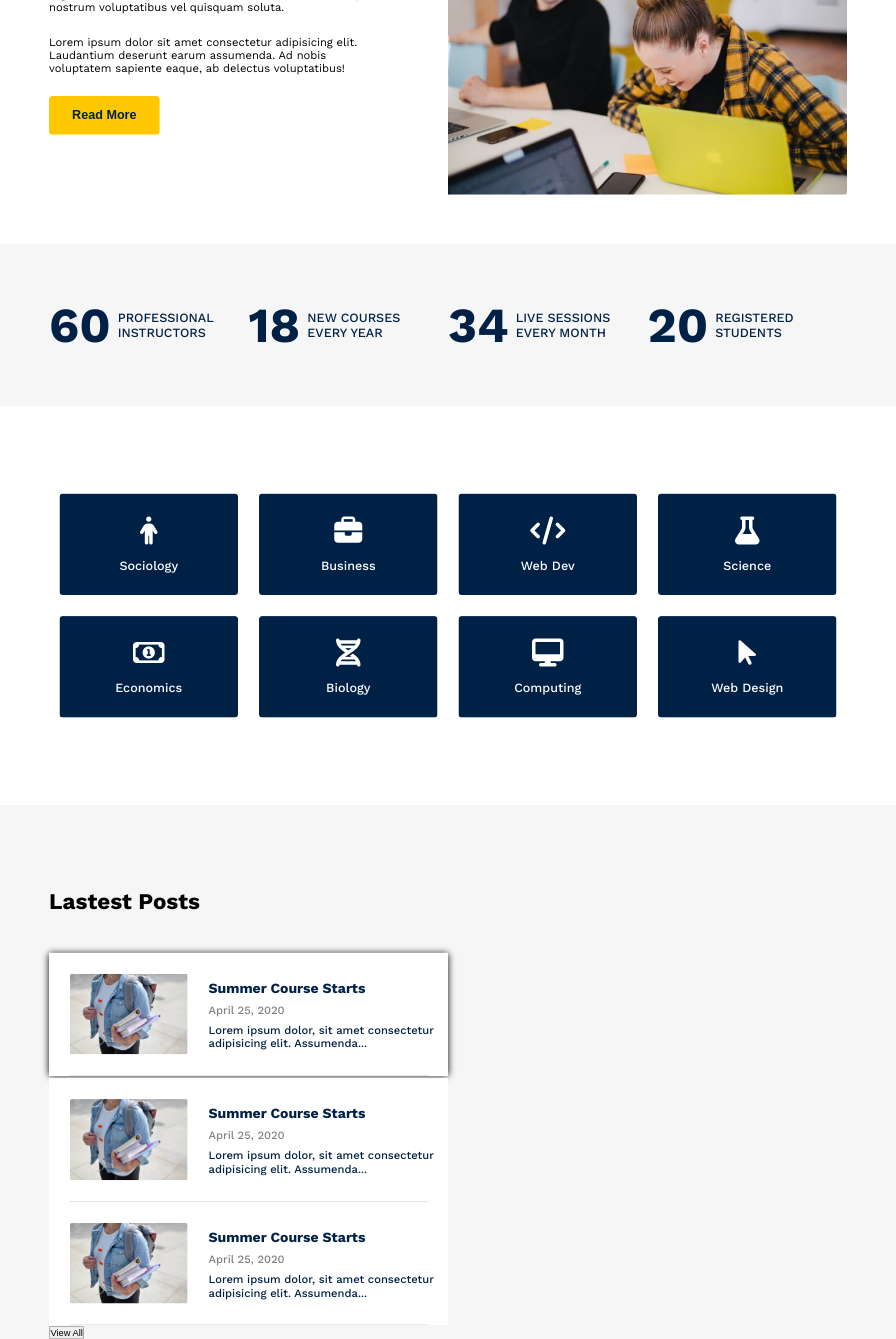
Repository: giahuy405/BC38__Mastery__Pham_Gia_Huy
Page: index.html
An editor plug-in stored every save of this project. The page is shown before and after the next save, followed by the edit.
The browser window is 1280 px wide. The pictures show the part of the page from y = 883 to 2803 px (the page is 2796 px tall before and 2803 px after), at 70% of full size.
The pointer rests on the first visible `.lastest-post__item`.

Above is the page before, as saved 2022-09-10 12:46:00.

### index.html
<!DOCTYPE html>
<html lang="en">
<head>
    <meta charset="UTF-8">
    <meta http-equiv="X-UA-Compatible" content="IE=edge">
    <meta name="viewport" content="width=device-width, initial-scale=1.0">
    <title>Document</title>
    <link href="https://fonts.googleapis.com/css2?family=Montserrat:wght@300;400;500;700;900&family=Work+Sans:wght@300;400;500;700&display=swap" rel="stylesheet">
    <link rel="stylesheet" href="https://cdnjs.cloudflare.com/ajax/libs/font-awesome/6.2.0/css/all.min.css">
    <link rel="stylesheet" href="./css/index.css">
</head>
<body>
    <header>
        <div class="container">
            <i class="fa-solid fa-pen-to-square"></i>
            <div class="header__title">
                <h1>Mastery</h1>
            </div>
        </div>
    </header>
    <nav>
        <div class="container">
            <ul>
                <li><div class="wrapper"><span class="square individual"><a class="ninth before after"  href="#">Home</a></span></div></li>
                <li><div class="wrapper"><span class="square individual"><a class="ninth before after"  href="#">About</a></span></div></li>
                <li><div class="wrapper"><span class="square individual"><a class="ninth before after"  href="#">Services</a></span></div></li>
                <li><div class="wrapper"><span class="square individual"><a class="ninth before after"  href="#">Contact</a></span></div></li>
            </ul>
        </div>
    </nav>
    <div class="carousel">
        <img src="./img/carousel__website.png" alt="">
    </div>
    <div class="welcome container">
        <div class="welcome__content">
            <h1>Welcome To Our Campus</h1>
            <p>Lorem ipsum dolor sit amet consectetur adipisicing elit. Quasi est saepe possimus quisquam dolor ducimus blanditiis, eius fugit ab beatae reprehenderit, inventore earum rerum. Quis nostrum voluptatibus vel quisquam soluta.</p>

            <p>Lorem ipsum dolor sit amet consectetur adipisicing elit. Laudantium deserunt earum assumenda. Ad nobis voluptatem sapiente eaque, ab delectus voluptatibus!</p>
            <button>Read More</button>
        </div>
        <div class="welcome__img">
            <img src="./img/g1.jpg" alt="">
        </div>
        <div class="clear"></div>
    </div>
    <div class="information">
       <div class="container">
            <div class="information__content">
                <div class="information__title">
                    <h1>60</h1>
                </div>
                <div class="information__desc">
                    <p>PROFESSIONAL</p>
                    <p>INSTRUCTORS</p>
                </div>
                <div class="clear"></div>
            </div>
            <div class="information__content">
                <div class="information__title">
                    <h1>18</h1>
                </div>
                <div class="information__desc">
                    <p>NEW COURSES</p>
                    <p>EVERY YEAR</p>
                </div>
                <div class="clear"></div>
            </div>
            <div class="information__content">
                <div class="information__title">
                    <h1>34</h1>
                </div>
                <div class="information__desc">
                    <p>LIVE SESSIONS</p>
                    <p>EVERY MONTH</p>
                </div>
                <div class="clear"></div>
            </div>
            <div class="information__content">
                <div class="information__title">
                    <h1>20</h1>
                </div>
                <div class="information__desc">
                    <p>REGISTERED</p>
                    <p>STUDENTS</p>
                </div>
                <div class="clear"></div>
            </div>
            <div class="clear"></div>
       </div>
    </div>
    <div class="cards">
        <div class="container">
            <div class="cards-top">
                <div class="card">
                    <a href="#">
                        <div class="card__item">
                            <i class="fa-solid fa-person"></i>
                            <p>Sociology</p>
                        </div>
                    </a>
                </div>
                <div class="card">
                    <a href="#">
                        <div class="card__item">
                            <i class="fa-solid fa-briefcase"></i>
                            <p>Business</p>
                        </div>
                    </a>
                </div>
                <div class="card">
                   <a href="#">
                        <div class="card__item">
                            <i class="fa-solid fa-code"></i>
                            <p>Web Dev</p>
                        </div>
                   </a>
                </div>
                <div class="card">
                   <a href="#">
                        <div class="card__item">
                            <i class="fa-solid fa-flask"></i>
                            <p>Science</p>
                        </div>
                   </a>
                </div>
                <div class="clear"></div>
            </div>
            <div class="card-bottom">
                <div class="card">
                    <a href="#">
                        <div class="card__item">
                            <i class="fa-regular fa-money-bill-1"></i>
                            <p>Economics</p>
                        </div>
                    </a>
                </div>
                <div class="card">
                   <a href="#">
                        <div class="card__item">
                            <i class="fa-solid fa-dna"></i>
                            <p>Biology</p>
                        </div>
                   </a>
                </div>
                <div class="card">
                    <a  href="#">
                        <div class="card__item">
                            <i class="fa-solid fa-desktop"></i>
                            <p>Computing</p>
                        </div>
                    </a>
                </div>
                <div class="card">
                    <a href="#">
                        <div class="card__item">
                            <i class="fa-solid fa-arrow-pointer"></i>
                            <p>Web Design</p>
                        </div>
                    </a>
                </div>
                <div class="clear"></div>
            </div>
        </div>
    </div>
    <div class="news">
        <div class="container">
            <div class="news__lastest-post">
                <h1>Lastest Posts</h1>
                <div class="lastest-post__items">
                    <div class="lastest-post__item">
                        <a href="#">
                            <img src="./img/g9.jpg" alt="">
                            <div class="lastest-post__desc">
                                <h2 >Summer Course Starts</h2>
                                <p class="lastest-post__time">April 25, 2020</p>
                                <p>Lorem ipsum dolor, sit amet consectetur adipisicing elit. Assumenda...</p>
                            </div>
                            <div class="clear"></div>
                        </a>
                        <hr noshade >
                    </div>
                    <div class="lastest-post__item">
                        <a href="#">
                            <img src="./img/g9.jpg" alt="">
                            <div class="lastest-post__desc">
                                <h2>Summer Course Starts</h2>
                                <p class="lastest-post__time">April 25, 2020</p>
                                <p>Lorem ipsum dolor, sit amet consectetur adipisicing elit. Assumenda...</p>
                            </div>
                            <div class="clear"></div>
                        </a>
                        <hr noshade >
                    </div>

                    <div class="lastest-post__item">
                        <a href="#">
                            <img src="./img/g9.jpg" alt="">
                            <div class="lastest-post__desc">
                                <h2>Summer Course Starts</h2>
                                <p class="lastest-post__time">April 25, 2020</p>
                                <p>Lorem ipsum dolor, sit amet consectetur adipisicing elit. Assumenda...</p>
                            </div>
                            <div class="clear"></div>
                        </a>
                        <hr noshade >
                    </div>

                </div>
                <button>View All</button>
            </div>
            <div class="news__upcoming__events">

            </div>
            <div class="clear"></div>
        </div>
    </div>

</body>
</html>

### css/index.css
*{
    padding: 0;
    margin: 0;
    box-sizing: border-box;
}
.clear{
    clear: both;
}
html{
    font-size: 16px;
    font-family: 'Work Sans', sans-serif;
}
.container{
    width: 1140px;
    margin: 0 auto;
}
header{
    position: relative;
    margin-top: 15px;
}
.header__title{
    display: inline-block;
     position: absolute;
     top: -4px;
    left: 160px;
}
.header__title h1{
    font-size: 35px;
    color: #1b1d2d;
}
header i{
    background-color: #002146;
    height: 36px;
    width: 36px;
    border-radius: 50%;
    color: #fdc800;
    text-align: center;
    padding-top: 9px;

}
nav ul{
    list-style: none;
    margin-top: 15px;
    margin-left: 18px;

}
nav li{
    display: inline;
    margin-right: 30px;
}

 /*  Hover for Navigation bar */
.wrapper{
    margin:2em 0;
    display: inline;
    font-size: 7px;
}
 a, a:visited, a:hover, a:active{
    -webkit-backface-visibility:hidden;
            backface-visibility:hidden;
      position:relative;
    transition:0.5s color ease;
      text-decoration:none;
      color:#002146;
      font-size:2px;
      font-weight: 500;
}
 a:hover{
    color:#fdc800;
}
 a.before:before, a.after:after{
content: "";
transition:0.5s all ease;
-webkit-backface-visibility:hidden;
        backface-visibility:hidden;
position:absolute;
}
 a.before:before{
top:-0.25em;
}
 a.after:after{
bottom:-0.25em;
}
 a.before:before, a.after:after{
height:5px;
height:0.2rem;
width:0;
background:#fdc800;
}
 a.first:after{
left:0;
}
 a.second:after{
right:0;
}
 a.third:after, a.sixth:before, a.sixth:after{
left:50%;
-webkit-transform:translateX(-50%);
        transform:translateX(-50%);
}
a.fourth:before, a.fourth:after{
left:0;
}
 a.fifth:before, a.fifth:after{
right:0;
}
 a.seventh:before{
right:0;
}
 a.seventh:after{
left:0;
}
 a.eigth:before{
left:0;
}
 a.eigth:after{
right:0;
}
a.before:hover:before, a.after:hover:after{
width:100%;
}
.square{
box-sizing:border-box;
margin-left:-0.4em;
position:relative;
font-size:2.5em;
overflow:hidden;
}
.square a{
position:static;
font-size:100%;
padding:0.2em 0.4em;
}
.square:before,.square:after{
content: "";
box-sizing:border-box;
transition:0.25s all ease;
-webkit-backface-visibility:hidden;
        backface-visibility:hidden;
position:absolute;
width: 5px;
width:0.2rem;
height:0;
background:#fdc800;
}
.square:before{
left:0;
bottom:-0.2em;
}
.square.individual:before{
transition-delay:0.6s;
}
.square:after{
right:0;
top:-0.2em;
}
.square.individual:after{
transition-delay:0.2s;
}
.square a:before{
left:0;
transition:0.25s all ease;
}
.square a:after{
right:0;
transition:0.25s all ease;
}
.square.individual a:after{
transition:0.25s all ease 0.4s;
}
.square:hover:before,.square:hover:after{
height:calc(100% + 0.4em);
}
.square:hover  a:before,.square:hover a:after{
width:100%;
}


/* CAROUSEL / SLIDER */
.carousel{
    width: 100%;
    margin-top: 20px;
}
.carousel img{
max-width: 100%;
height: 597px;
}


/* create WELCOME */
.welcome{
    margin-top: 62px;
    margin-bottom: 66px;
}
.welcome__content h1{
    margin-bottom: 20px;
    color: #1b1d2d;
}
.welcome__content{
    padding-right: 80px;
}
.welcome__content p{
    margin-bottom: 30px;
}
.welcome__content button{
    padding: 17px 33px;
    font-size: 18px;
    font-weight:700;
    color: #002146;
    background-color: #fdc800;
    border: none;
    border-radius: 5px;
    cursor: pointer;
    transition: all 0.2s;
}
.welcome__content button:hover{
    background-color: #002146;
    color: #fdc800;
    box-shadow: 5px 5px 10px black;
}
.welcome__content,.welcome__img{
    width: 50%;
    float: left;
}
.welcome__img img{
    width: 100%;
    border-top-right-radius: 5px;
    border-bottom-right-radius: 5px;
}


/* create INFORMATION  */
.information{
    background-color: #f6f6f6;
    padding: 75px 0;
    margin-bottom: 110px;
}
.information__content{
    float: left;
    width: 25%;
}
.information__content h1{
    display: inline-block;
    font-size: 70px;
    color: #002146;

}
.information__title,.information__desc{
    float: left;
}
.information__desc p:first-child{
    margin-top:20px;
}
.information__desc p{
    margin-left: 10px;
    font-size: 18px;
    color: #002146;
    font-weight: 500;
}


/* create CARDS */
.cards{
    margin-bottom: 110px;
}
.card{
    float: left;
    width: 25%;
    text-align: center;
    padding: 15px;
}
.card__item{
    background-color: #002146;
    padding: 32px 50px;
    border-radius: 5px;
}
.card__item i{
    color: white;
    font-size: 40px;
}
.card__item p{
    color: white;
    font-size: 18px;
    margin-top: 20px;
}
.card a{
    cursor: pointer;
    transition: all 0.2s;
}
.card a:hover{
    opacity: 0.7;
}
.card:hover{
    box-shadow: 1px 1px 10px  black;
    border-radius: 5px;
}


/* NEWS */
.news{
    padding-top: 118px;
    background-color: #f6f6f6;
}
.news h1:first-child{
    margin-bottom: 55px;
}
.news__lastest-post,.news__upcoming__events{
    float: left;
    width: 50%;
}
.lastest-post__item{
    background-color: white;
}
.lastest-post__item img{
    width: 158px;
    border: 30px solid transparent;
    border-radius: 33px;
}
.lastest-post__item a img{
    float: left;
    width: 40%;
}
.lastest-post__desc{
    float: left;
    width: 60%;
    padding-top: 38px;
}
.lastest-post__item hr{
    width:90%;
    margin: 0 auto;
    background-color: rgb(218, 218, 218);
    height: 1px;
    border: none;
}
.lastest-post__item a{
    font-size: 20px;
    color: #002146;
}

.lastest-post__item a .lastest-post__desc  h2{
    font-size: 20px;
}
.lastest-post__item a .lastest-post__desc p{
    font-size: 16px;
}
 .lastest-post__time{
    font-size: 16px;
    color: gray;
    margin: 10px 0;
}
.lastest-post__item:hover{
    box-shadow: 0px 0px 10px black;
    margin-bottom: 3px;
}

After the next save:
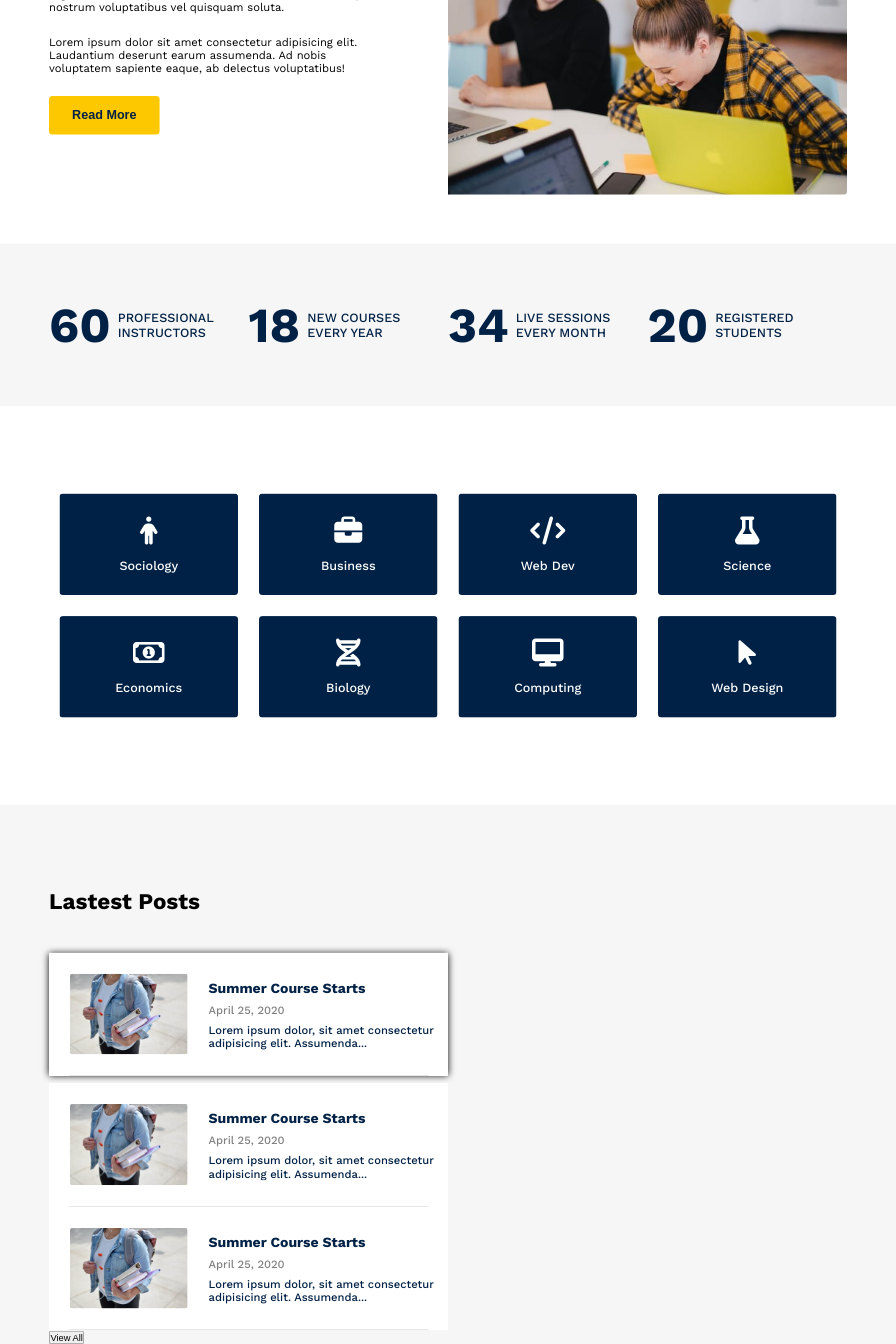
Saved 7 s later.
--- a/css/index.css
+++ b/css/index.css
@@ -350,5 +350,5 @@ height: 597px;
 }
 .lastest-post__item:hover{
     box-shadow: 0px 0px 10px black;
-    margin-bottom: 3px;
-}
+    margin-bottom: 10px;
+}
